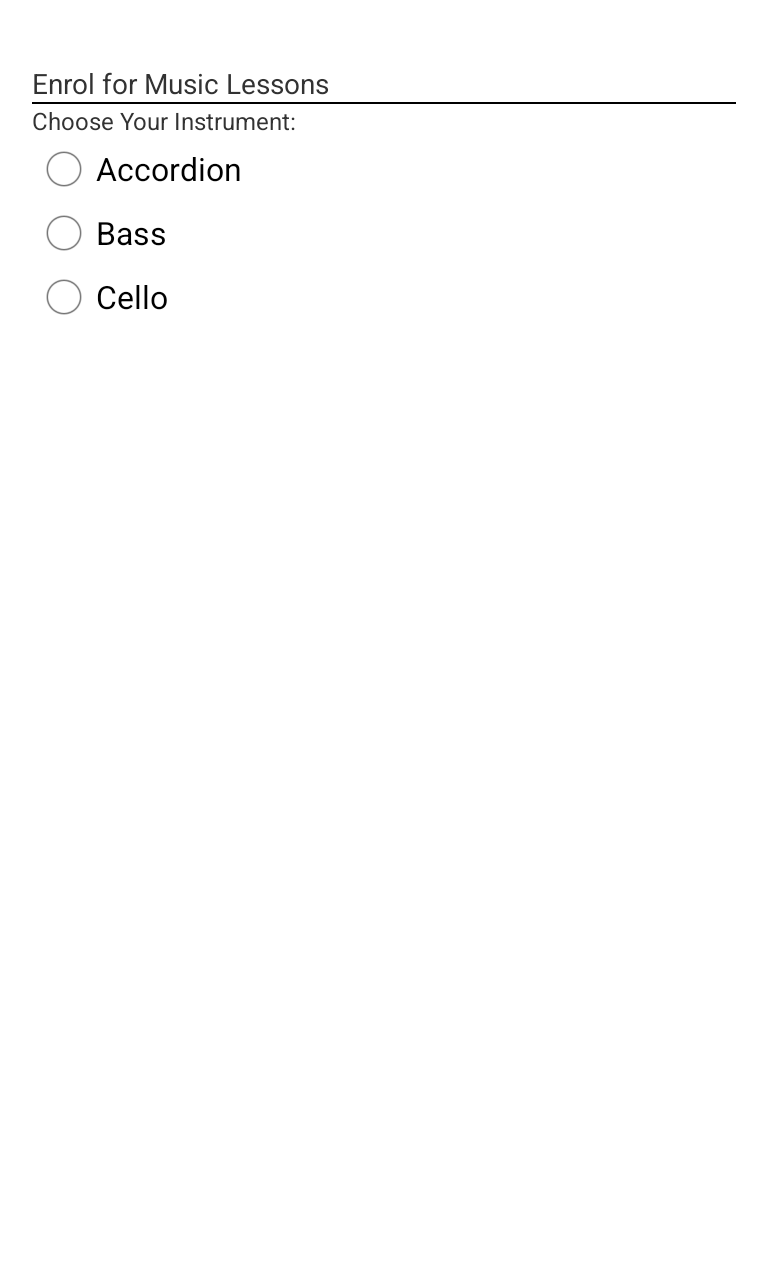
Repository: sam-stewart/in721
Layout: ComplexControls/res/layout/activity_main.xml
An editor plug-in stored every save of this project. The layout is shown before and after the next save, followed by the edit.
It is drawn on a 768 x 1280 px phone screen (xhdpi) without system bars, with theme AppTheme; the app's code is not run.

Above is the layout before, as saved 2015-03-04 08:52:09.

After the next save:
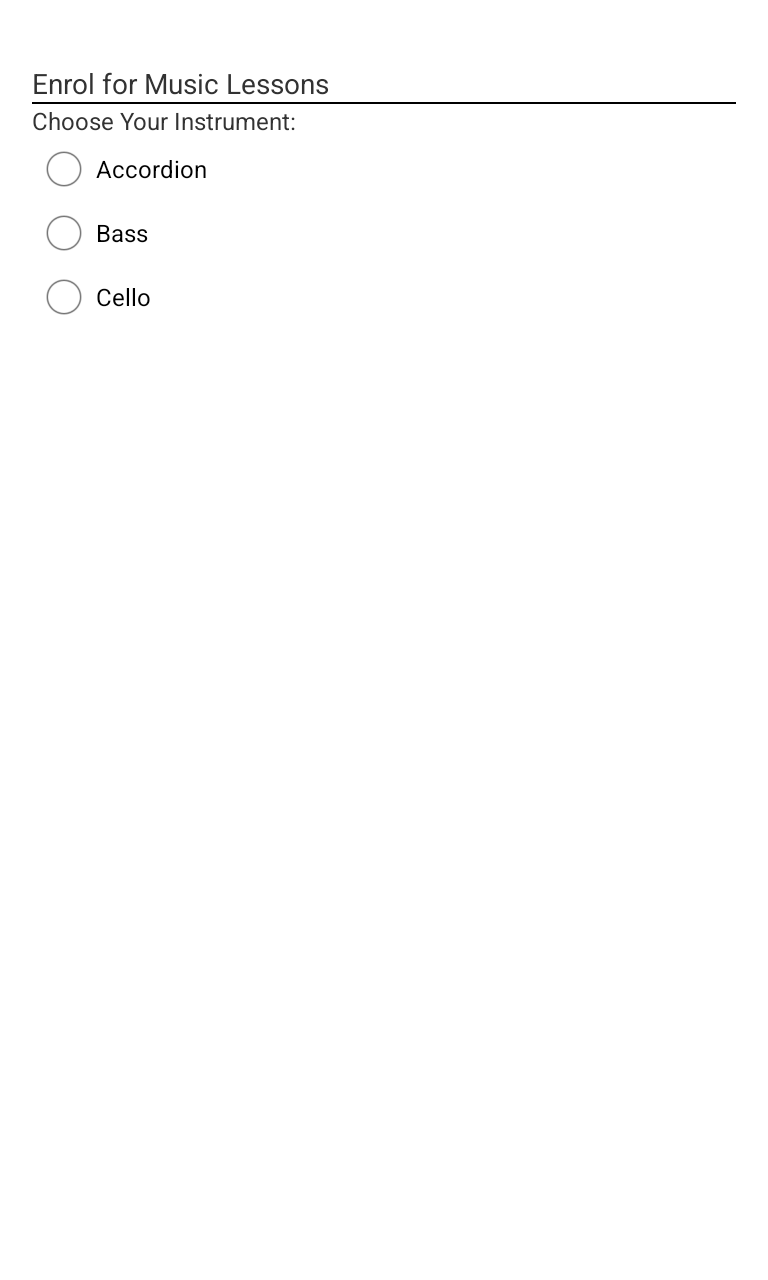
Saved 28 s later.
--- a/ComplexControls/res/layout/activity_main.xml
+++ b/ComplexControls/res/layout/activity_main.xml
@@ -35,25 +35,27 @@
         android:layout_width="wrap_content"
         android:layout_height="wrap_content"
         android:layout_below="@+id/textView1"
-        android:textSize="12sp"
         android:id="@+id/radGrpInstrument" >
 
         <RadioButton
             android:layout_width="wrap_content"
             android:layout_height="wrap_content"
             android:id="@+id/radBttnAccordion"
+            android:textSize="12sp"
             android:text="Accordion" />
 
         <RadioButton
             android:layout_width="wrap_content"
             android:layout_height="wrap_content"
             android:id="@+id/radBttnBass"
+	        android:textSize="12sp"
             android:text="Bass" />
 
         <RadioButton
             android:layout_width="wrap_content"
             android:layout_height="wrap_content"
             android:id="@+id/radBttnCello"
+	        android:textSize="12sp"
             android:text="Cello" />
     </RadioGroup>
 
